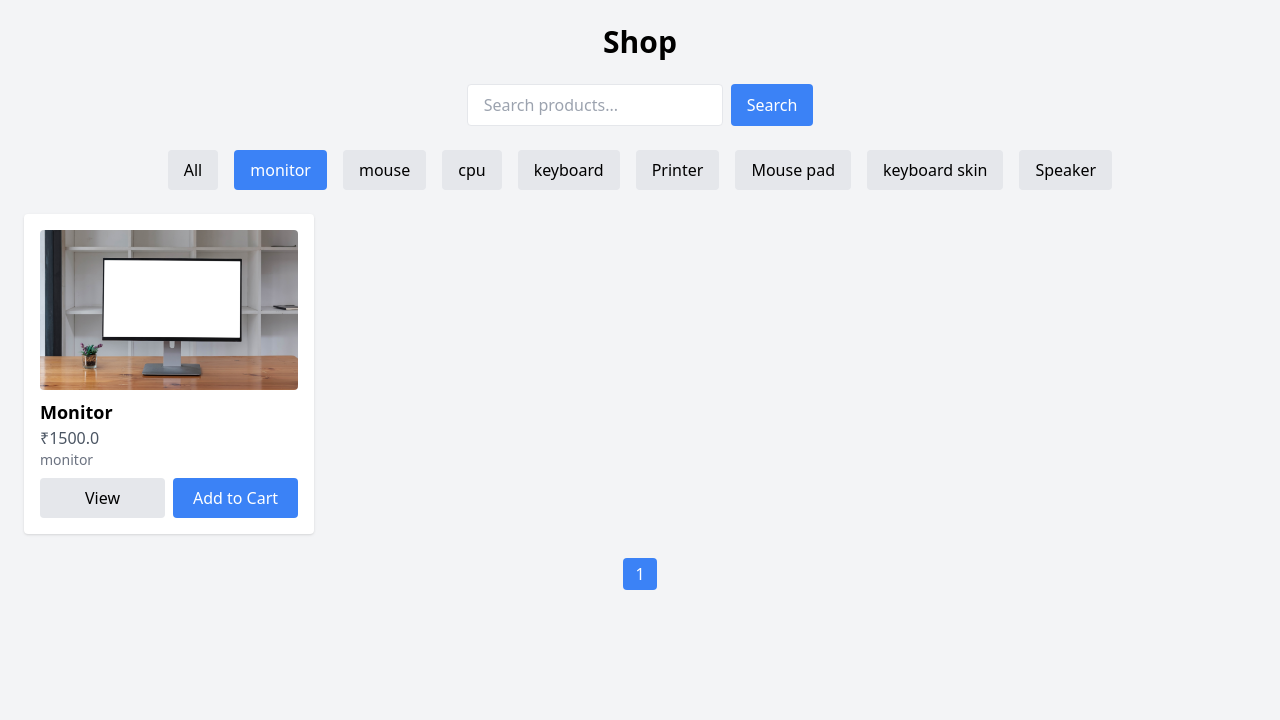
Repository: MuhammedAfsalCP/demo
Page: http://localhost/shop/?category=1
An editor plug-in stored every save of this project. The page is shown before and after the next save, followed by the edit.
The browser window is 1280 px wide. The pictures show the whole page.
Some web libraries are served in a nearby version. The page is served by the project's application, run on Django 5.2 (techmart/manage.py). Other server files are loaded and not shown. The page reads the database file committed with the project.

Above is the page before, as saved 2025-08-14 14:54:30.

### techmart/store/views.py
from django.shortcuts import render
from .models import HeroSection, Category, Product, AboutSection
from django.shortcuts import render, get_object_or_404, redirect
from .models import Product, Category

#razorpay
import razorpay
from django.conf import settings
from django.shortcuts import render, redirect
from .models import Product,Order

from django.db.models import Q

from django.core.paginator import Paginator

from .models import Banner, Offer, SiteTheme

from django.contrib.auth.forms import UserCreationForm
from django.contrib.auth.decorators import login_required
from django.shortcuts import render, redirect

from .forms import NewsletterForm

from django.shortcuts import get_object_or_404


from django.contrib.auth.decorators import login_required

from .models import FeaturedProduct, BestSeller

from .forms import ProductReviewForm

from .models import NewArrival

def home(request):
    hero_slides = HeroSection.objects.filter(active=True)
    categories = Category.objects.all()
    featured_products = Product.objects.filter(featured=True)
    about = AboutSection.objects.first()  # assuming only one About section
    banners = Banner.objects.filter(active=True)
    offers = Offer.objects.filter(active=True)
    theme = SiteTheme.objects.first()  # assume only one row
    featured_products = FeaturedProduct.objects.filter(active=True)
    best_sellers = BestSeller.objects.filter(active=True)
    new_arrivals = NewArrival.objects.filter(active=True)


    context = {
        'hero_slides': hero_slides,
        'categories': categories,
        'featured_products': featured_products,
        'about': about,
        'banners': banners,
        'offers': offers,
        'theme': theme,
        'featured_products': featured_products,
        'best_sellers': best_sellers,
        'new_arrivals': new_arrivals,

    }
    return render(request, 'store/home.html', context)


def about(request):
    return render(request, 'store/about.html')


def contact(request):
    return render(request, 'store/contact.html')

def register(request):
    return render(request, 'store/register.html')
# ----------------- SHOP PAGE -----------------
def shop(request):
    category_id = request.GET.get('category')
    products = Product.objects.all()
    if category_id:
        products = products.filter(category_id=category_id)
    categories = Category.objects.all()

    # Pagination
    paginator = Paginator(products, 8)  # 8 products per page
    page_number = request.GET.get('page')
    page_obj = paginator.get_page(page_number)

    context = {
        'products': page_obj,
        'categories': categories,
        'selected_category': int(category_id) if category_id else None,
        'page_obj': page_obj,  # for template pagination
    }
    return render(request, 'store/shop.html', context)

# ----------------- PRODUCT DETAIL -----------------
def product_detail(request, pk):
    product = get_object_or_404(Product, pk=pk)
    return render(request, 'store/product_detail.html', {'product': product})

# ----------------- CART -----------------
def cart(request):
    cart = request.session.get('cart', {})
    products = Product.objects.filter(id__in=cart.keys())
    cart_items = []
    total = 0
    for product in products:
        quantity = cart[str(product.id)]
        total += product.price * quantity
        cart_items.append({'product': product, 'quantity': quantity, 'subtotal': product.price * quantity})
    context = {'cart_items': cart_items, 'total': total}
    return render(request, 'store/cart.html', context)

def add_to_cart(request, product_id):
    cart = request.session.get('cart', {})
    cart[str(product_id)] = cart.get(str(product_id), 0) + 1
    request.session['cart'] = cart
    return redirect('cart')

def remove_from_cart(request, product_id):
    cart = request.session.get('cart', {})
    if str(product_id) in cart:
        del cart[str(product_id)]
    request.session['cart'] = cart
    return redirect('cart')

#razorpay
# ----------------- CHECKOUT -----------------
def checkout(request):
    cart = request.session.get('cart', {})
    products = Product.objects.filter(id__in=cart.keys())
    total_amount = sum(product.price * cart[str(product.id)] for product in products)
    total_amount_paise = int(total_amount * 100)  # Razorpay requires paisa

    # Create Razorpay client & order
    client = razorpay.Client(auth=(settings.RAZORPAY_KEY_ID, settings.RAZORPAY_KEY_SECRET))
    order = client.order.create({
        "amount": total_amount_paise,
        "currency": "INR",
        "payment_capture": 1
    })

    context = {
        'products': products,
        'cart': cart,
        'total_amount': total_amount,
        'order_id': order['id'],
        'razorpay_key_id': settings.RAZORPAY_KEY_ID,
    }
    return render(request, 'store/checkout.html', context)

# ----------------- PAYMENT SUCCESS -----------------
def payment_success(request):
    # Clear cart after payment
    request.session['cart'] = {}
    return render(request, 'store/payment_success.html')



#searchbar
# ----------------- SEARCH -----------------
def shop_search(request):
    query = request.GET.get('q', '')
    products = Product.objects.filter(
        Q(title__icontains=query) | Q(description__icontains=query)
    )
    categories = Category.objects.all()
    context = {
        'products': products,
        'categories': categories,
        'query': query,
    }
    return render(request, 'store/shop.html', context)



# ----------------- SIGNUP -----------------
def signup_view(request):
    if request.method == 'POST':
        form = UserCreationForm(request.POST)
        if form.is_valid():
            form.save()
            return redirect('login')
    else:
        form = UserCreationForm()
    return render(request, 'store/signup.html', {'form': form})

# ----------------- PROFILE -----------------
@login_required
def profile_view(request):
    return render(request, 'store/profile.html')



def newsletter_subscribe(request):
    if request.method == 'POST':
        form = NewsletterForm(request.POST)
        if form.is_valid():
            form.save()
            return redirect('home')
    else:
        form = NewsletterForm()
    return render(request, 'store/newsletter.html', {'form': form})



# ----------------- ADD TO CART -----------------
def add_to_cart(request, product_id):
    cart = request.session.get('cart', {})
    cart[str(product_id)] = cart.get(str(product_id), 0) + 1
    request.session['cart'] = cart
    return redirect('shop')

# ----------------- REMOVE FROM CART -----------------
def remove_from_cart(request, product_id):
    cart = request.session.get('cart', {})
    if str(product_id) in cart:
        del cart[str(product_id)]
        request.session['cart'] = cart
    return redirect('checkout')

# ----------------- UPDATE QUANTITY -----------------
def update_cart(request, product_id):
    if request.method == 'POST':
        quantity = int(request.POST.get('quantity', 1))
        cart = request.session.get('cart', {})
        if quantity > 0:
            cart[str(product_id)] = quantity
        else:
            cart.pop(str(product_id), None)
        request.session['cart'] = cart
    return redirect('checkout')


@login_required
def order_history(request):
    orders = Order.objects.filter(user=request.user).order_by('-date_ordered')
    return render(request, 'store/order_history.html', {'orders': orders})


@login_required
def add_review(request, product_id):
    product = get_object_or_404(Product, id=product_id)
    if request.method == 'POST':
        form = ProductReviewForm(request.POST)
        if form.is_valid():
            review = form.save(commit=False)
            review.user = request.user
            review.product = product
            review.save()
            return redirect('product_detail', product_id=product.id)
    else:
        form = ProductReviewForm()
    return render(request, 'store/add_review.html', {'form': form, 'product': product})

### techmart/templates/store/shop.html
<!DOCTYPE html>
<html lang="en">
<head>
    <meta charset="UTF-8">
    <title>Shop - TechMart</title>
    <script src="https://cdn.tailwindcss.com"></script>
</head>
<body class="bg-gray-100 p-6">

<h1 class="text-3xl font-bold mb-6 text-center">Shop</h1>

<!-- Search Bar -->
<form action="{% url 'shop' %}" method="get" class="mb-6 flex justify-center gap-2 flex-wrap">
    <input type="text" name="q" value="{{ query|default:'' }}" placeholder="Search products..." class="px-4 py-2 border rounded w-64">
    <button type="submit" class="px-4 py-2 bg-blue-500 text-white rounded hover:bg-blue-600 transition">Search</button>
</form>

<!-- Categories Filter -->
<div class="mb-6 flex gap-4 flex-wrap justify-center">
    <a href="{% url 'shop' %}" class="px-4 py-2 rounded {% if not selected_category %}bg-blue-500 text-white{% else %}bg-gray-200{% endif %}">All</a>
    {% for category in categories %}
    <a href="?category={{ category.id }}" class="px-4 py-2 rounded {% if selected_category == category.id %}bg-blue-500 text-white{% else %}bg-gray-200{% endif %} hover:bg-blue-400 hover:text-white transition">{{ category.name }}</a>
    {% endfor %}
</div>

<!-- Products Grid -->
<div class="grid grid-cols-1 sm:grid-cols-2 md:grid-cols-3 lg:grid-cols-4 gap-6">
    {% for product in products %}
    <div class="bg-white shadow rounded p-4 hover:shadow-lg transition duration-300">
        <img src="{{ product.image.url }}" class="h-40 w-full object-cover rounded mb-2" alt="{{ product.title }}">
        <h3 class="font-semibold text-lg">{{ product.title }}</h3>
        <p class="text-gray-600">₹{{ product.price }}</p>
        <p class="text-gray-500 text-sm mb-2">{{ product.category.name }}</p>
        <div class="flex gap-2 mt-2">
            <a href="{% url 'product_detail' product.id %}" class="flex-1 text-center bg-gray-200 px-4 py-2 rounded hover:bg-blue-500 hover:text-white transition">View</a>
            <a href="{% url 'add_to_cart' product.id %}" class="flex-1 text-center bg-blue-500 text-white px-4 py-2 rounded hover:bg-blue-600 transition">Add to Cart</a>
        </div>
    </div>
    {% endfor %}
</div>

<!-- Pagination -->
{% if page_obj %}
<div class="mt-6 flex justify-center gap-2 flex-wrap">
    {% if page_obj.has_previous %}
    <a href="?page={{ page_obj.previous_page_number }}" class="px-3 py-1 bg-gray-200 rounded hover:bg-gray-300">Previous</a>
    {% endif %}

    {% for num in page_obj.paginator.page_range %}
        {% if page_obj.number == num %}
        <span class="px-3 py-1 bg-blue-500 text-white rounded">{{ num }}</span>
        {% else %}
        <a href="?page={{ num }}" class="px-3 py-1 bg-gray-200 rounded hover:bg-gray-300">{{ num }}</a>
        {% endif %}
    {% endfor %}

    {% if page_obj.has_next %}
    <a href="?page={{ page_obj.next_page_number }}" class="px-3 py-1 bg-gray-200 rounded hover:bg-gray-300">Next</a>
    {% endif %}
</div>
{% endif %}

</body>
</html>

### techmart/techmart/urls.py
from django.contrib import admin
from django.urls import path, include
from django.conf import settings
from django.conf.urls.static import static

urlpatterns = [
    path('admin/', admin.site.urls),
    path('', include('store.urls')),  # our app urls
]

if settings.DEBUG:
    urlpatterns += static(settings.MEDIA_URL, document_root=settings.MEDIA_ROOT)

### techmart/store/urls.py
from django.urls import path
from . import views
from django.contrib.auth import views as auth_views

urlpatterns = [
    path('', views.home, name='home'),
    path('shop/', views.shop, name='shop'),
    path('product/<int:pk>/', views.product_detail, name='product_detail'),
    path('cart/', views.cart, name='cart'),
    path('cart/add/<int:product_id>/', views.add_to_cart, name='add_to_cart'),
    path('cart/remove/<int:product_id>/', views.remove_from_cart, name='remove_from_cart'),
    path('cart/update/<int:product_id>/', views.update_cart, name='update_cart'),

    path('checkout/', views.checkout, name='checkout'),
    path('payment_success/', views.payment_success, name='payment_success'),

    path('shop/search/', views.shop_search, name='shop_search'),

    path('signup/', views.signup_view, name='signup'),
    path('login/', auth_views.LoginView.as_view(template_name='store/login.html'), name='login'),
    path('logout/', auth_views.LogoutView.as_view(next_page='home'), name='logout'),
    path('profile/', views.profile_view, name='profile'),

    path('orders/', views.order_history, name='order_history'),
    path('product/<int:product_id>/review/', views.add_review, name='add_review'),

    path('about/', views.about, name='about'),
     path('contact/', views.contact, name='contact'),
     path('register/', views.register, name='register'),
]

### techmart/db.sqlite3 (the tables this page reads, as SQL)
CREATE TABLE "store_category" ("id" integer NOT NULL PRIMARY KEY AUTOINCREMENT, "name" varchar(100) NOT NULL, "slug" varchar(50) NOT NULL UNIQUE);
INSERT INTO "store_category" VALUES
(1, 'monitor', 'computermonitor'),
(2, 'mouse', 'computermouse'),
(3, 'cpu', 'computercpu'),
(4, 'keyboard', 'keyboard'),
(5, 'Printer', 'printer'),
(6, 'Mouse pad', 'mousepad'),
(7, 'keyboard skin', 'keyboardskin'),
(8, 'Speaker', 'speaker');

CREATE TABLE "store_product" ("id" integer NOT NULL PRIMARY KEY AUTOINCREMENT, "title" varchar(200) NOT NULL, "description" text NOT NULL, "price" real NOT NULL, "stock" integer unsigned NOT NULL CHECK ("stock" >= 0), "image" varchar(100) NOT NULL, "featured" bool NOT NULL, "created_at" datetime NOT NULL, "category_id" bigint NOT NULL REFERENCES "store_category" ("id") DEFERRABLE INITIALLY DEFERRED);
INSERT INTO "store_product" VALUES
(1, 'wireless mouse', 'wireless mouse', 500.0, 7, 'products/vecteezy_wireless-computer-mouse-in-matte-black-placed-on-a-smooth_62928829.jpeg', 1, '2025-08-14 10:55:05.305007', 2),
(2, 'Monitor', 'Screen', 1500.0, 9, 'products/vecteezy_laptop-with-blank-screen-on-table_3115744.jpg', 0, '2025-08-14 11:00:35.913011', 1),
(3, 'wireless mouse', 'mouse', 890.0, 0, 'products/vecteezy_a-white-computer-mouse-on-a-yellow-background_58142243.jpg', 0, '2025-08-14 11:02:40.688369', 2),
(4, 'Printer', 'Printer', 20000.0, 3, 'products/printer1.jpeg', 0, '2025-08-16 09:57:45.463942', 5),
(5, 'mouse pad', 'Mouse pad', 540.0, 4, 'products/mouse_pad1.jpg', 0, '2025-08-16 09:58:18.891890', 6),
(6, 'Speakers', 'Speakers', 6.0, 2, 'products/speaker1.webp', 1, '2025-08-16 09:58:59.681072', 8),
(7, 'Keyboard Skin', 'Keyboard cover', 460.0, 3, 'products/keyboard_skin2.jpg', 0, '2025-08-16 09:59:49.504931', 7);

Loaded but not shown: techmart/store/models.py (179 lines, source omitted); techmart/templates/store/base.html (80 lines, source omitted)

After the next save:
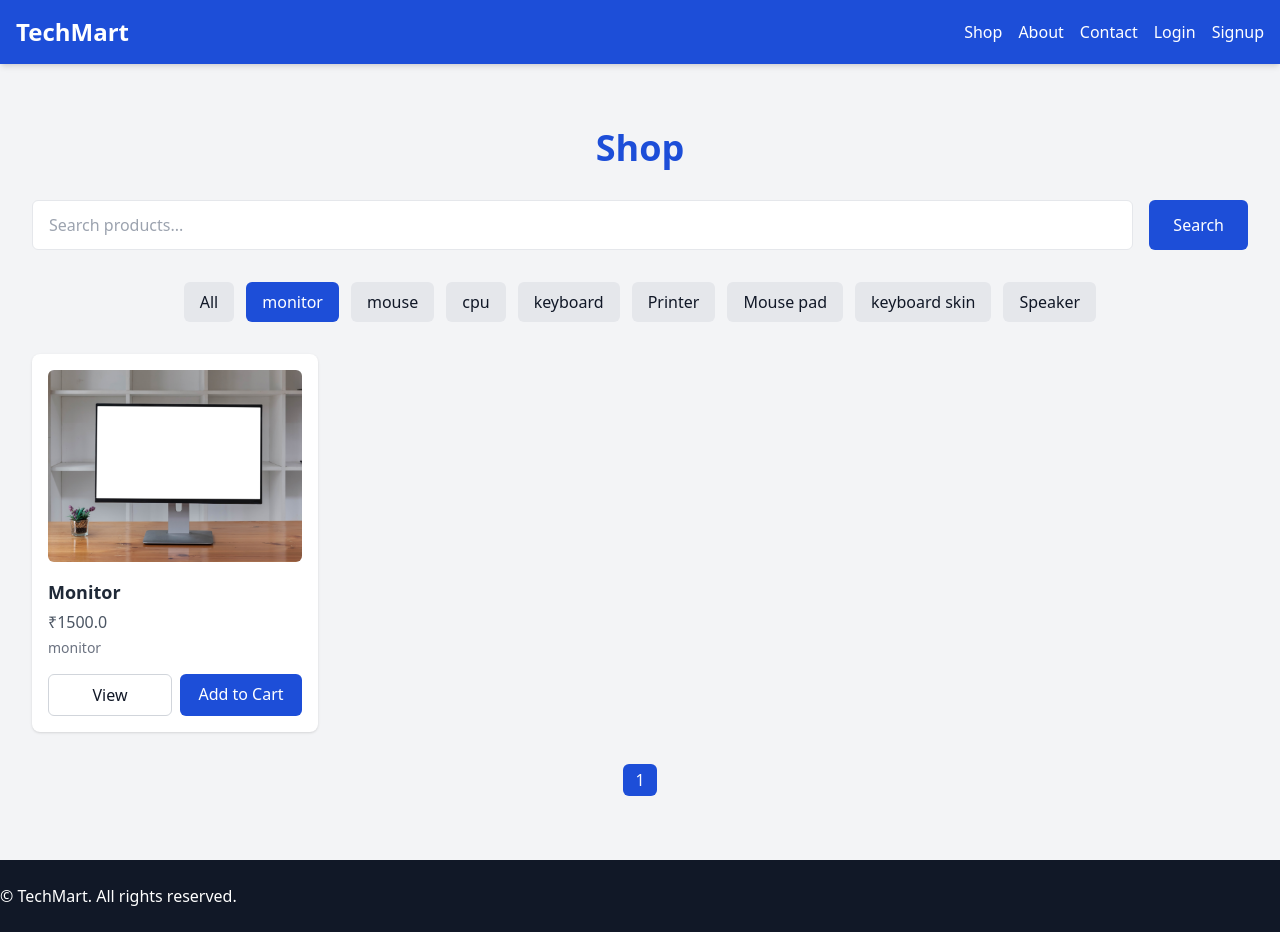
Saved 7 min 19 s later.
--- a/techmart/templates/store/shop.html
+++ b/techmart/templates/store/shop.html
@@ -1,64 +1,71 @@
-<!DOCTYPE html>
-<html lang="en">
-<head>
-    <meta charset="UTF-8">
-    <title>Shop - TechMart</title>
-    <script src="https://cdn.tailwindcss.com"></script>
-</head>
-<body class="bg-gray-100 p-6">
+{% extends "store/base.html" %}
 
-<h1 class="text-3xl font-bold mb-6 text-center">Shop</h1>
+{% block content %}
+<div class="max-w-7xl mx-auto px-4 py-8">
 
-<!-- Search Bar -->
-<form action="{% url 'shop' %}" method="get" class="mb-6 flex justify-center gap-2 flex-wrap">
-    <input type="text" name="q" value="{{ query|default:'' }}" placeholder="Search products..." class="px-4 py-2 border rounded w-64">
-    <button type="submit" class="px-4 py-2 bg-blue-500 text-white rounded hover:bg-blue-600 transition">Search</button>
-</form>
+    <h1 class="text-4xl font-bold mb-8 text-center text-[var(--primary-color)]">Shop</h1>
 
-<!-- Categories Filter -->
-<div class="mb-6 flex gap-4 flex-wrap justify-center">
-    <a href="{% url 'shop' %}" class="px-4 py-2 rounded {% if not selected_category %}bg-blue-500 text-white{% else %}bg-gray-200{% endif %}">All</a>
-    {% for category in categories %}
-    <a href="?category={{ category.id }}" class="px-4 py-2 rounded {% if selected_category == category.id %}bg-blue-500 text-white{% else %}bg-gray-200{% endif %} hover:bg-blue-400 hover:text-white transition">{{ category.name }}</a>
-    {% endfor %}
-</div>
+    <!-- Search Bar -->
+    <form action="{% url 'shop' %}" method="get" class="mb-8 flex flex-col sm:flex-row justify-center gap-4">
+        <input type="text" name="q" value="{{ query|default:'' }}" placeholder="Search products..."
+               class="flex-1 px-4 py-3 border rounded-md focus:outline-none focus:ring-2 focus:ring-[var(--primary-color)]">
+        <button type="submit" class="px-6 py-3 bg-[var(--primary-color)] text-white rounded-md hover:bg-[var(--secondary-color)] transition font-medium">
+            Search
+        </button>
+    </form>
 
-<!-- Products Grid -->
-<div class="grid grid-cols-1 sm:grid-cols-2 md:grid-cols-3 lg:grid-cols-4 gap-6">
-    {% for product in products %}
-    <div class="bg-white shadow rounded p-4 hover:shadow-lg transition duration-300">
-        <img src="{{ product.image.url }}" class="h-40 w-full object-cover rounded mb-2" alt="{{ product.title }}">
-        <h3 class="font-semibold text-lg">{{ product.title }}</h3>
-        <p class="text-gray-600">₹{{ product.price }}</p>
-        <p class="text-gray-500 text-sm mb-2">{{ product.category.name }}</p>
-        <div class="flex gap-2 mt-2">
-            <a href="{% url 'product_detail' product.id %}" class="flex-1 text-center bg-gray-200 px-4 py-2 rounded hover:bg-blue-500 hover:text-white transition">View</a>
-            <a href="{% url 'add_to_cart' product.id %}" class="flex-1 text-center bg-blue-500 text-white px-4 py-2 rounded hover:bg-blue-600 transition">Add to Cart</a>
+    <!-- Categories Filter -->
+    <div class="mb-8 flex flex-wrap justify-center gap-3">
+        <a href="{% url 'shop' %}" class="px-4 py-2 rounded-md {% if not selected_category %}bg-[var(--primary-color)] text-white{% else %}bg-gray-200{% endif %} hover:bg-[var(--primary-color)] hover:text-white transition">
+            All
+        </a>
+        {% for category in categories %}
+        <a href="?category={{ category.id }}" class="px-4 py-2 rounded-md {% if selected_category == category.id %}bg-[var(--primary-color)] text-white{% else %}bg-gray-200{% endif %} hover:bg-[var(--primary-color)] hover:text-white transition">
+            {{ category.name }}
+        </a>
+        {% endfor %}
+    </div>
+
+    <!-- Products Grid -->
+    <div class="grid grid-cols-1 sm:grid-cols-2 md:grid-cols-3 lg:grid-cols-4 gap-6">
+        {% for product in products %}
+        <div class="bg-white shadow rounded-lg p-4 hover:shadow-2xl transition duration-300 flex flex-col">
+            <img src="{{ product.image.url }}" class="h-48 w-full object-cover rounded-md mb-4" alt="{{ product.title }}">
+            <h3 class="font-semibold text-lg text-gray-800">{{ product.title }}</h3>
+            <p class="text-gray-600 font-medium mt-1">₹{{ product.price }}</p>
+            <p class="text-gray-500 text-sm mt-1">{{ product.category.name }}</p>
+            <div class="mt-auto flex gap-2 pt-4">
+                <a href="{% url 'product_detail' product.id %}" class="flex-1 text-center px-3 py-2 border border-gray-300 rounded-md hover:bg-[var(--primary-color)] hover:text-white transition">
+                    View
+                </a>
+                <a href="{% url 'add_to_cart' product.id %}" class="flex-1 text-center px-3 py-2 bg-[var(--primary-color)] text-white rounded-md hover:bg-[var(--secondary-color)] transition">
+                    Add to Cart
+                </a>
+            </div>
         </div>
+        {% endfor %}
     </div>
-    {% endfor %}
-</div>
 
-<!-- Pagination -->
-{% if page_obj %}
-<div class="mt-6 flex justify-center gap-2 flex-wrap">
-    {% if page_obj.has_previous %}
-    <a href="?page={{ page_obj.previous_page_number }}" class="px-3 py-1 bg-gray-200 rounded hover:bg-gray-300">Previous</a>
+    <!-- Pagination -->
+    {% if page_obj %}
+    <div class="mt-8 flex justify-center gap-2 flex-wrap">
+        {% if page_obj.has_previous %}
+        <a href="?page={{ page_obj.previous_page_number }}" class="px-3 py-1 bg-gray-200 rounded-md hover:bg-gray-300 transition">Previous</a>
+        {% endif %}
+
+        {% for num in page_obj.paginator.page_range %}
+            {% if page_obj.number == num %}
+            <span class="px-3 py-1 bg-[var(--primary-color)] text-white rounded-md">{{ num }}</span>
+            {% else %}
+            <a href="?page={{ num }}" class="px-3 py-1 bg-gray-200 rounded-md hover:bg-gray-300 transition">{{ num }}</a>
+            {% endif %}
+        {% endfor %}
+
+        {% if page_obj.has_next %}
+        <a href="?page={{ page_obj.next_page_number }}" class="px-3 py-1 bg-gray-200 rounded-md hover:bg-gray-300 transition">Next</a>
+        {% endif %}
+    </div>
     {% endif %}
 
-    {% for num in page_obj.paginator.page_range %}
-        {% if page_obj.number == num %}
-        <span class="px-3 py-1 bg-blue-500 text-white rounded">{{ num }}</span>
-        {% else %}
-        <a href="?page={{ num }}" class="px-3 py-1 bg-gray-200 rounded hover:bg-gray-300">{{ num }}</a>
-        {% endif %}
-    {% endfor %}
-
-    {% if page_obj.has_next %}
-    <a href="?page={{ page_obj.next_page_number }}" class="px-3 py-1 bg-gray-200 rounded hover:bg-gray-300">Next</a>
-    {% endif %}
 </div>
-{% endif %}
-
-</body>
-</html>
+{% endblock %}
